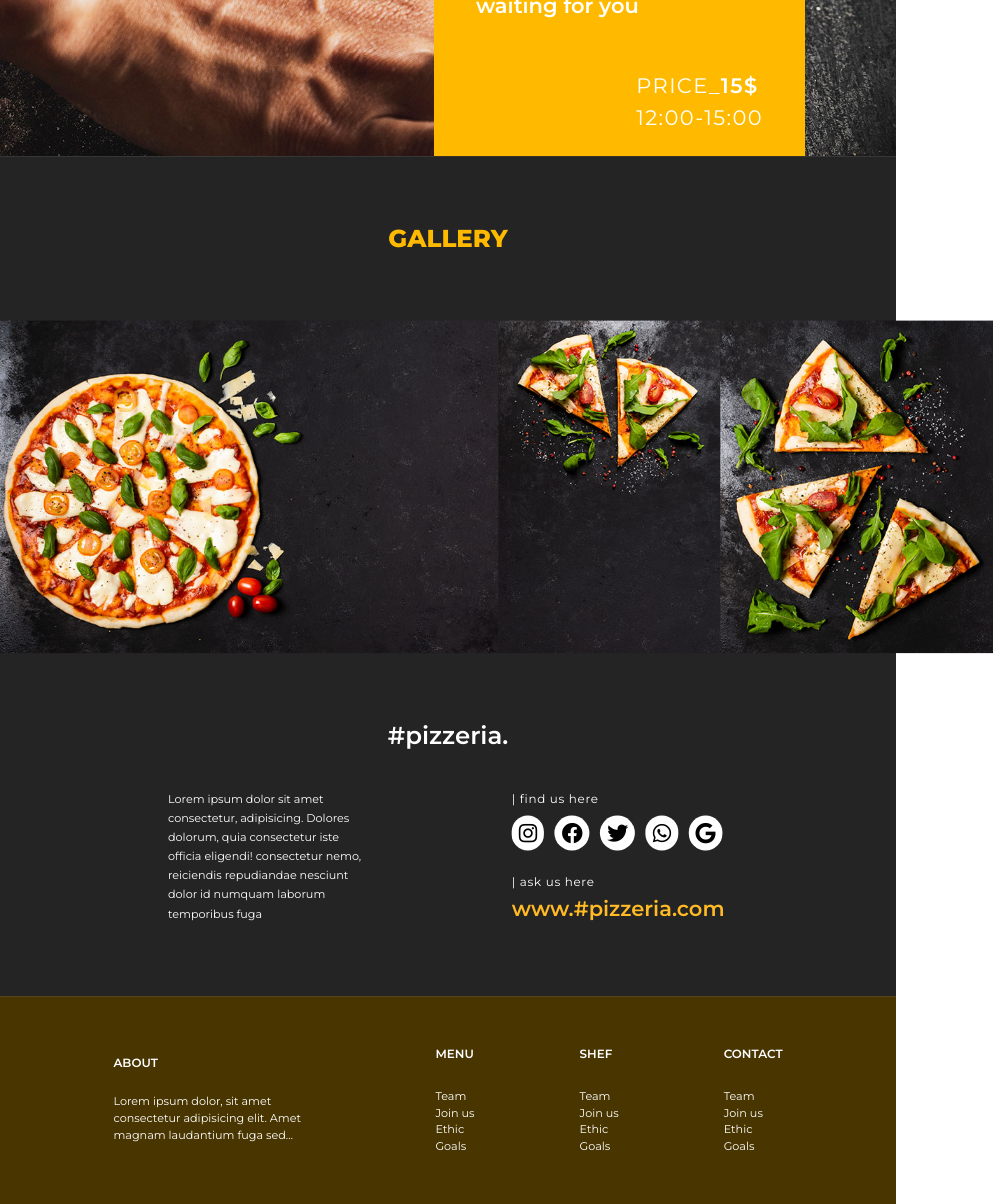
Repository: phu1204/pizzeria.github.io
Page: index.html
These files come from the project's save history. The page is drawn as it stood at one moment and after the next save; the edit follows.
The browser window is 1280 px wide. The page is 1419 px wide, so the pictures cover 1419 px, including what lies to the right of the window. The pictures show the part of the page from y = 3070 to 4790 px (the page is 4790 px tall), at 70% of full size.
The style sheet was rebuilt from its Sass, Less or Tailwind sources for each picture, by a compiler version that may differ from the author's.

Above is the page before, as saved 2021-07-30 10:07:55.

After the next save:
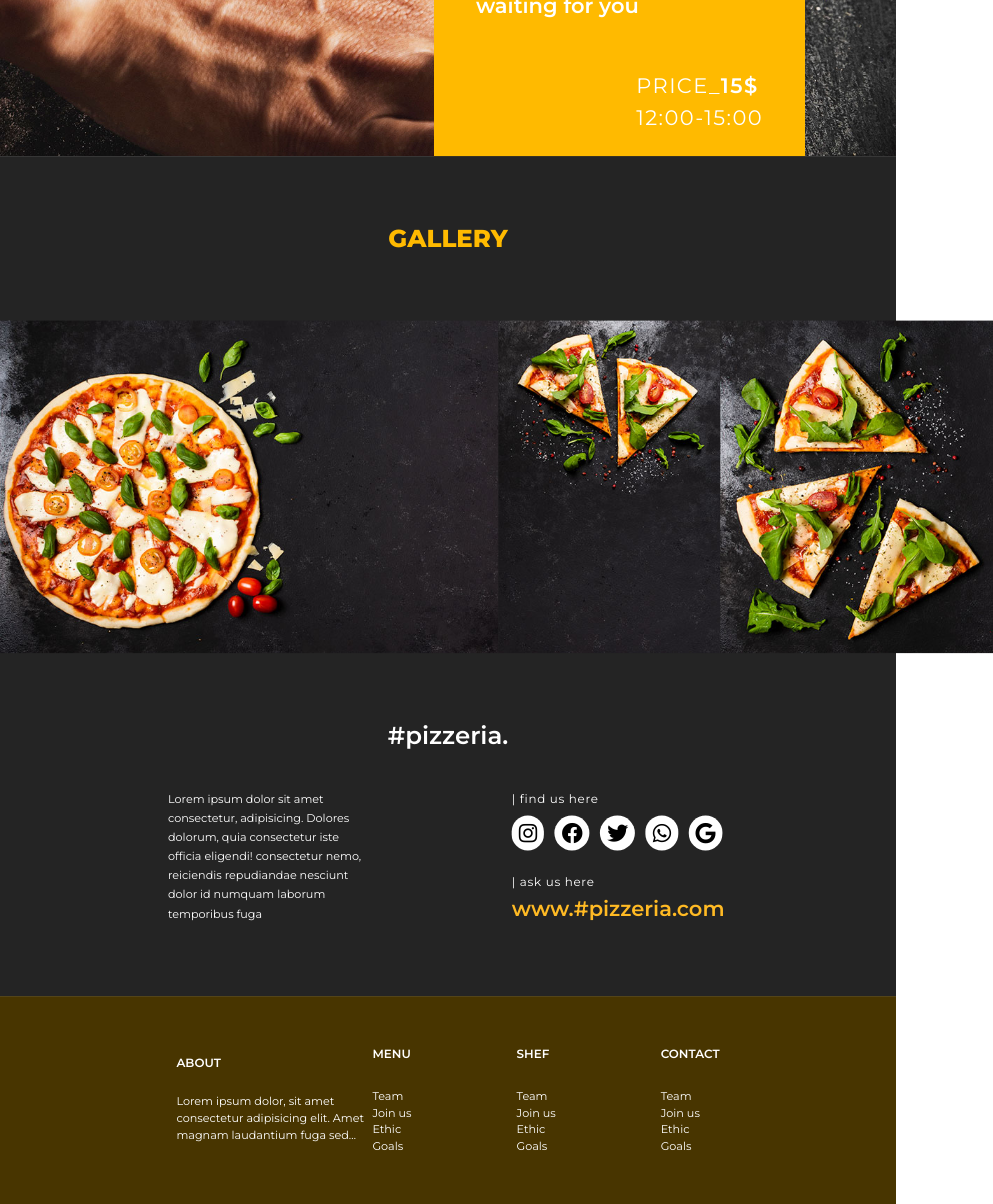
Saved 107 s later.
--- a/scss/_footer.scss
+++ b/scss/_footer.scss
@@ -10,7 +10,7 @@
 
   &-about{
       width: 280px;
-      margin-right: 180px;
+
   }
 
   &-item:not(:last-child){
